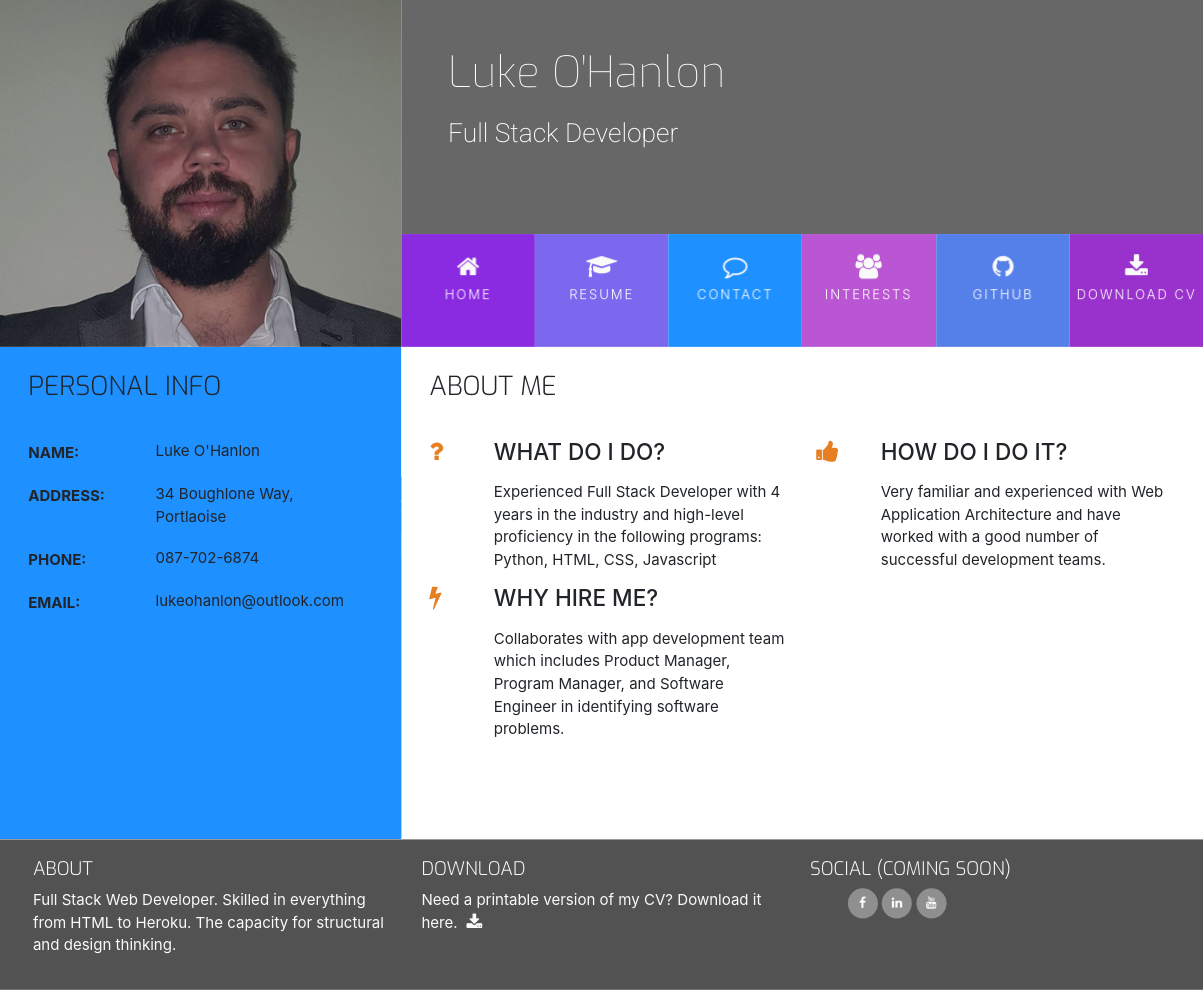
Repository: luke0han/my-resume
Page: index.html
The author's editor kept a record of every edit. The page is drawn from the files as they stood at one moment, then again after the next edit.
The browser window is 1280 px wide. The pictures show the whole page, at 94% of full size.

Above is the page before.

### index.html
<!DOCTYPE html>
<html lang="en">

<head>
    <meta charset="UTF-8">
    <meta name="viewport" content="width=device-width, initial-scale=1.0">
    <meta http-equiv="X-UA-Compatible" content="ie=edge">
    <link rel="stylesheet" href="https://stackpath.bootstrapcdn.com/bootstrap/4.3.1/css/bootstrap.min.css" type="text/css" />
    <link rel="stylesheet" href="https://stackpath.bootstrapcdn.com/font-awesome/4.7.0/css/font-awesome.min.css">
    <link href="https://fonts.googleapis.com/css?family=Lato:300,400&display=swap" rel="stylesheet">
    <link rel="stylesheet" href="https://cdnjs.cloudflare.com/ajax/libs/hover.css/2.3.1/css/hover-min.css" type="text/css" />
    <link rel="stylesheet" href="assets/css/style.css">
    <title>Luke O'Hanlon</title>
</head>

<body>
   <header>
        <div class="row no-gutters">
            <a class="col-md-4 logo" href="02-index.html"></a>
            <div class="col-md-8">
                <div class="row no-gutters bg-color-name-title">
                    <div class="col heading">
                        <h1 class="name">Luke O'Hanlon</h1>
                        <h2 class="title">Full Stack Developer</h2>
                    </div>
                </div>
                <div class="row no-gutters">
                    <div class="col">
                        <ul id="nav" class="list-inline menucontainer">
                            <li class="col-6 col-sm-2 ui-menu-color-home list-inline-item menuitem">
                                <a href="index.html" class="hvr-sweep-to-bottom"><i class="fa fa-home" aria-hidden="true"></i><span>Home</span></a>
                            </li>
                            <li class="col-6 col-sm-2 ui-menu-color-resume list-inline-item menuitem">
                                <a href="resume.html" class="hvr-sweep-to-bottom"><i class="fa fa-graduation-cap" aria-hidden="true"></i><span>Resume</span></a>
                            </li>
                            <li class="col-6 col-sm-2 ui-menu-color-contact list-inline-item menuitem">
                                <a href="contact.html" class="hvr-sweep-to-bottom"><i class="fa fa-comment-o" aria-hidden="true"></i><span>Contact</span></a>
                            </li>
                            <li class="col-6 col-sm-2 ui-menu-color-interests list-inline-item menuitem">
                                <a href="interests.html" class="hvr-sweep-to-bottom"><i class="fa fa-users" aria-hidden="true"></i><span>Interests</span></a>
                            </li>
                            <li class="col-6 col-sm-2 ui-menu-color-github list-inline-item menuitem">
                                <a href="github.html" class="hvr-sweep-to-bottom"><i class="fa fa-github" aria-hidden="true"></i><span>GitHub</span></a>
                            </li>
                            <li class="col-6 col-sm-2 ui-menu-color-download list-inline-item menuitem">
                                <a href="assets/cv/Luke O'Hanlon.pdf" target="_blank" class="hvr-sweep-to-bottom"><i class="fa fa-download" aria-hidden="true"></i><span>Download CV</span></a>
                            </li>
                        </ul>
                    </div>
                </div>
                </div>
            </div>
        </div>
    </header>

    <section class="container-fluid">
        <div class="row">
            <div class="col-md-4 bg-color-personal-info section-column">
                <div class="row">
                    <div class="col-12">
                        <h3 class="section-heading uppercase">Personal Info</h3>
                    </div>
                </div>
                <div class="personal-info-item">
                    <div class="key">
                        <p class="uppercase">
                            Name:
                        </p>
                    </div>
                    <div class="value">
                        <p>
                            Luke O'Hanlon
                        </p>

                    </div>
                </div>
                <div class="personal-info-item">
                    <div class="key">
                        <p class="uppercase">
                            Address:
                        </p>
                    </div>
                    <div class="value">
                        <p>
                            34 Boughlone Way, Portlaoise
                        </p>
                    </div>
                </div>
                <div class="personal-info-item">
                    <div class="key">
                        <p class="uppercase">
                            Phone:
                        </p>
                    </div>
                    <div class="value">
                        <p>
                            087-702-6874
                        </p>
                    </div>
                </div>
                <div class="personal-info-item">
                    <div class="key">
                        <p class="uppercase">
                            Email:
                        </p>
                    </div>
                    <div class="value">
                        <p>
                            lukeohanlon@outlook.com <br><br><br><br><br><br><br><br><br>
                        </p>
                    </div>
                </div>
            </div>
            <div class="col-md-8 bg-color-three-reasons section-column">
                <div class="row">
                    <div class="col">
                        <h3 class="section-heading uppercase">About me</h3>
                    </div>
                </div>
                <div class="row">
                    <div class="col-10 offset-1 offset-sm-0 col-sm-4 col-md-6">
                        <div class="row">
                            <div class="col-2">
                                <i class="three-reasons-icon fa fa-question" aria-hidden="true"></i>
                            </div>
                            <div class="col-10">
                                <h4 class="three-reasons-heading uppercase">What do I do?</h4>
                                <p>Experienced Full Stack Developer with 4 years in the industry and high-level proficiency in the following programs: Python, HTML, CSS, Javascript</p>
                            </div>
                        </div>
                    </div>
                    <div class="col-10 offset-1 offset-sm-0 col-sm-4 col-md-6">
                        <div class="row">
                            <div class="col-2">
                                <i class="three-reasons-icon fa fa-thumbs-up" aria-hidden="true"></i>
                            </div>
                            <div class="col-10">
                                <h4 class="three-reasons-heading uppercase">How do I do it?</h4>
                                <p>Very familiar and experienced with Web Application Architecture and have worked with a good number of successful development teams.</p>
                            </div>

                        </div>
                    </div>
                    <div class="col-10 offset-1 offset-sm-0 col-sm-4 col-md-6">
                        <div class="row">
                            <div class="col-2">
                                <i class="three-reasons-icon fa fa-bolt" aria-hidden="true"></i>
                            </div>
                            <div class="col-10">
                                <h4 class="three-reasons-heading uppercase">Why hire me?</h4>
                                <p>Collaborates with app development team which includes Product Manager, Program Manager, and Software Engineer in identifying software problems.</p>
                            </div>

                        </div>
                    </div>
                </div>
            </div>
        </div>

    </section>
    <footer class="container-fluid">
        <div id="footer-details" class="row">
            <div class="col-sm-4">
                <h5 class="uppercase general-sub">About</h5>
                <p class="inline-block">
                    Full Stack Web Developer. Skilled in everything from HTML to Heroku. The capacity for structural and design thinking.
                </p>
            </div>
            <div class="col-sm-4">
                <h5 class="uppercase general-sub">Download</h5>
                <p class="inline-block">
                    Need a printable version of my CV? Download it here.
                    <a href="assets/cv/Luke O'Hanlon.pdf" target="_blank" class="cv-pdf">
                        <i class="fa fa-download" aria-hidden="true"></i>
                        <span class="sr-only">Download link.</span>
                    </a>
                </p>
            </div>
            <div class="col-sm-4">
                <h5 class="uppercase general-sub">Social (Coming Soon)</h5>
                <ul class="list-inline-block social-links">
                    <li class="list-inline-item">
                        <a target="_blank" href="#">
                            <i class="fa fa-facebook" aria-hidden="true"></i>
                            <span class="sr-only">Facebook.</span>
                        </a>
                    </li>
                    <li class="list-inline-item">
                        <a target="_blank" href="#">
                            <i class="fa fa-linkedin" aria-hidden="true"></i>
                            <span class="sr-only">Linkedin.</span>
                        </a>
                    </li>
                    <li class="list-inline-item">
                        <a target="_blank" href="#">
                            <i class="fa fa-youtube" aria-hidden="true"></i>
                            <span class="sr-only">YouTube.</span>
                        </a>
                    </li>
                </ul>
            </div>
        </div>
    </footer>
</body>

</html>

### assets/css/style.css
@import url('https://fonts.googleapis.com/css?family=Lato:300,400|Roboto:100,200,300,400,500,600,700|Exo:100,200,300,400,500,600,700');
/*****************************************COLORS***************************************/

.bg-color-name-title {
    background-color: #676767;
}

.bg-color-three-reasons{
    background-color: #fff;
}
.ui-menu-color-home {
    background-color: #8A2BE2;
}

.ui-menu-color-resume {
    background-color: #7B68EE;
}

.ui-menu-color-contact {
    background-color: #1E90FF;
}

.ui-menu-color-download {
    background-color: #9932CC;
}

.bg-color-personal-info {
    background-color: #1E90FF;
}

.bg-color-work-history {
    background-color: #7B68EE;
}

.ui-menu-color-interests {
    background-color: #BA55D3;
}


.ui-menu-color-github {
    background-color: #5680e9;
}

/*****************************************Special paddings/margins/text***************************************/

h1,
h2,
h3,
h4 {
    margin: 0;
}

.uppercase {
    text-transform: uppercase;
}

.general-sub {
    font-family: "Exo", sans-serif;
    font-weight: 300;
    color: #fafafa;
}

.inline-block {
    display: inline-block;
}

.row-table {
    display: table;
}

.section-column {
    display: table-cell;
    padding: 0 30px 30px;
    float: none;
}
.history-heading,
.section-heading {
    font-family: "Exo", sans-serif;
    font-weight: 300;
    margin-top:25px;
    margin-bottom: 40px;
}

/*****************************************HEADING***************************************/

header {
    margin: 0;
}

.heading {
    margin-left: 50px;
}

.logo {
    background: url("../images/luke.jpg");
    background-position: center;
    background-repeat: no-repeat;
    background-size: cover;
    min-height: 360px;
    transition: all .5s ease-in-out;
    -moz-transition: all .5s ease-in-out;
    -webkit-transition: all .5s ease-in-out;
}

.name {
    font-family: "Exo", sans-serif;
    font-weight: 100;
    font-size: 46px;
    margin-top: 50px;
    color: #fff;
}

.title {
    font-family: "Roboto", sans-serif;
    font-weight: 200;
    font-size: 28px;
    margin-top: 20px;
    margin-bottom: 90px;
    color: #fff;
}

.list-inline-item:not(:last-child) {
    margin: 0;
}

.menucontainer {
    font-size: 0;
}

#nav {
    margin: 0;
}

#nav li {
    font-size: 14px;
    padding: 0;
}

.menuitem {
    height: 120px;
    text-align: center;
    padding: 0;
}

.menuitem a {
    width: 100%;
    text-decoration: none;
    color: #fff;
    height: 120px;
}

.menuitem a i {
    padding-top: 22px;
    display: block;
    color: #fafafa;
    font-size: 26px;
}

.menuitem span {
    display: block;
    width: 100%;
    padding-top: 5px;
    text-align: center;
    text-transform: uppercase;
    font-size: 14px;
    font-weight: 300;
    letter-spacing: 2px;
}

/*****************************************HOVER.CSS***************************************/

.hvr-sweep-to-bottom:before {
    background: rgba(0, 0, 0, 0.2);
    height: 120px;
}

/*****************************************Footer***************************************/

footer {
    background-color: #525252;
    color: #fafafa;
    min-height: 120px;
    margin: 0;
}

.cv-pdf i {
    font-size: 18px;
    color:#fafafa;
    text-align: center;
    padding-left: 5px;
    transition: all 0.35s ease-in-out;
    -moz-transition: all 0.35s ease-in-out;
    -webkit-transition: all 0.35s ease-in-out;
    -o-transition: all 0.35s ease-in-out;
}

.cv-pdf i:hover {
    color: #e84610;
}

.social-links {
    padding-bottom: 15px;
}

.social-links li a i {
    width: 32px;
    height: 32px;
    padding: 12px 0;
    border-radius: 50%;
    font-size: 13px;
    line-height: 7px;
    text-align: center;
    color:#fafafa;
    background: #8f8f8f;
    transition: all 0.35s ease-in-out;
    -moz-transition: all 0.35s ease-in-out;
    -webkit-transition: all 0.35s ease-in-out;
    -o-transition: all 0.35s ease-in-out;
}

.social-links li a i:hover {
    background-color: #e84610;
}

#footer-details {
    padding: 20px;
}

/*****************************************Three Reasons***************************************/

.three-reasons-icon {
    font-size:26px;
    color:#e67e22;
}

.three-reasons-heading {
    margin-bottom: 15px;
}

/*****************************************Personal Info***************************************/

.personal-info-item {
    margin-bottom: 20px;
    display: block;
    clear: both;
}

.personal-info-item .key,
.personal-info-item .value {
    padding-right: 8px;
    display: inline-block;
}

.personal-info-item .key p,
.personal-info-item .value p {
    margin:0;
}

.personal-info-item .key {
    width:30%;
    margin-right: 21px;
    padding-top:2px;
    vertical-align: top;
}

.personal-info-item .key p {
    font-weight: 700;
}

.personal-info-item .value {
    position: relative;
    width:60%;
}

/*****************************************Skills***************************************/

.progress {
    position: relative;
    height: 25px;
    margin-bottom: 4px;
}

.progress-type {
    position: absolute;
    left: 0px;
    font-weight: 400;
    padding: 3px 30px 2px 10px;
    color: #fafafa;
    background-color: rgba(25, 25, 25, 0.2);
}

.progress-section {
    margin: 40px 20px;
}

/*****************************************Work History***************************************/

.history-heading {
    color: #fafafa;
    margin-bottom: 50px;
}

.timeline-item {
    padding: 4em 2em 0em 2em;
    position: relative;
    color: #fafafa;
    border-left: 1px solid;
}

.timeline-item p {
    padding: 0;
    margin: 0;
}

.timeline-item:before {
    content: attr(data-dates);
    position: absolute;
    left: 2.5em;
    top: 3em;
    display: block;
    font-family: "Exo", sans-serif;
    font-weight: 500;
    font-size: 0.8em;
    padding: 0;
    margin: 0;
}

.timeline-item:after {
    width: 12px;
    height: 12px;
    display: block;
    top: 2.4em;
    position: absolute;
    left: -6px;
    border-radius: 12px;
    content: '';
    background: #fafafa;
}

.history-items {
    margin-bottom: 30px;
}

/*****************************************Contact Form***************************************/

.contact-heading {
    font-family: "Exo", sans-serif;
    font-weight: 300;
    margin-top: 25px;
    margin-bottom: 20px;
}

.center-form {
    padding-top: 10px;
    margin: 0 auto;
    max-width: 70%;
}

button[type="submit"] {
    margin-top: 15px;
    margin-bottom: 20px;
    color: #fafafa;
    background-color: #e84610;
}

#map {min-height: 360px;}

/*****************************************Media Queries***************************************/

@media(min-width: 992px) {
    .center-form {
        padding-top: 30px;
        min-height: 240px;
        margin: 0 auto;
        max-width: 50%;
    }
}

After the next edit:
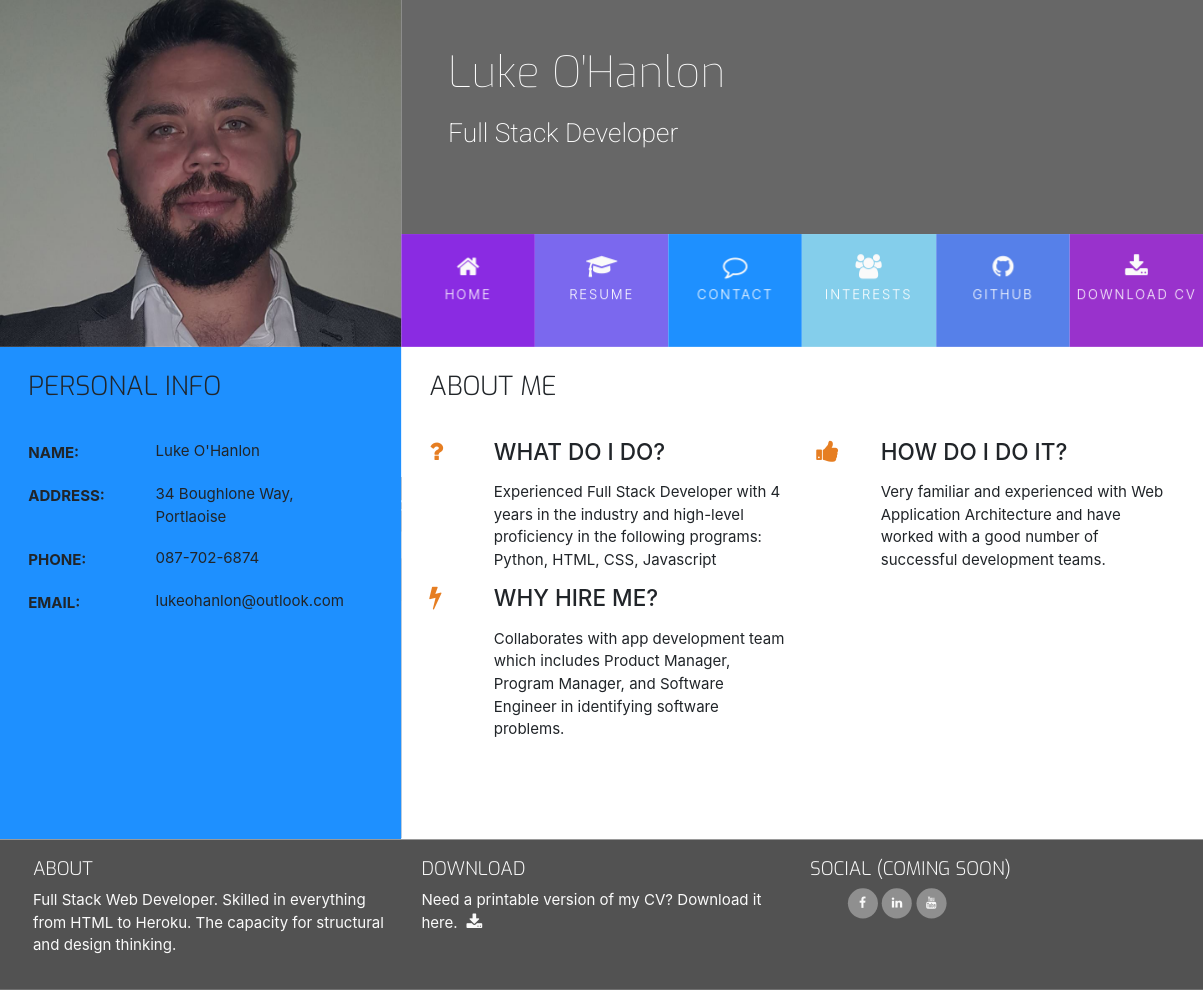
The edit:
--- a/assets/css/style.css
+++ b/assets/css/style.css
@@ -33,7 +33,7 @@
 }
 
 .ui-menu-color-interests {
-    background-color: #BA55D3;
+    background-color: #84ceeb;
 }
 
 
